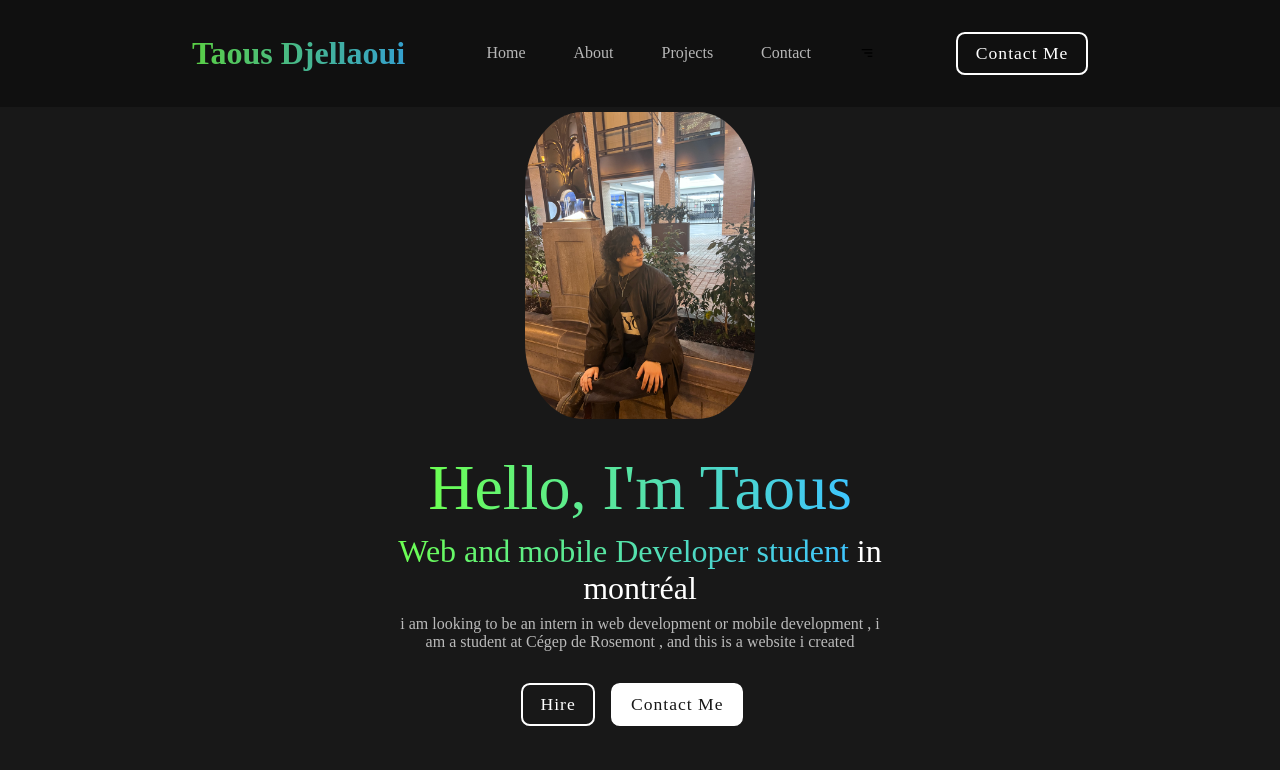
Repository: taousdjellaoui/portfolio-
Page: portfolio/index.html
The author's editor kept a copy of each file at every save. The page is drawn from the files as they stood at one save, then again after the next save.
The browser window is 1280 px wide. The pictures show the part of the page from y = 0 to 770 px (the page is 1510 px tall).
A picture or video elsewhere on the page could not be fetched, so the positions and the page height are approximate.

Above is the page before, as saved 2024-09-23 22:31:05.

After the next save:
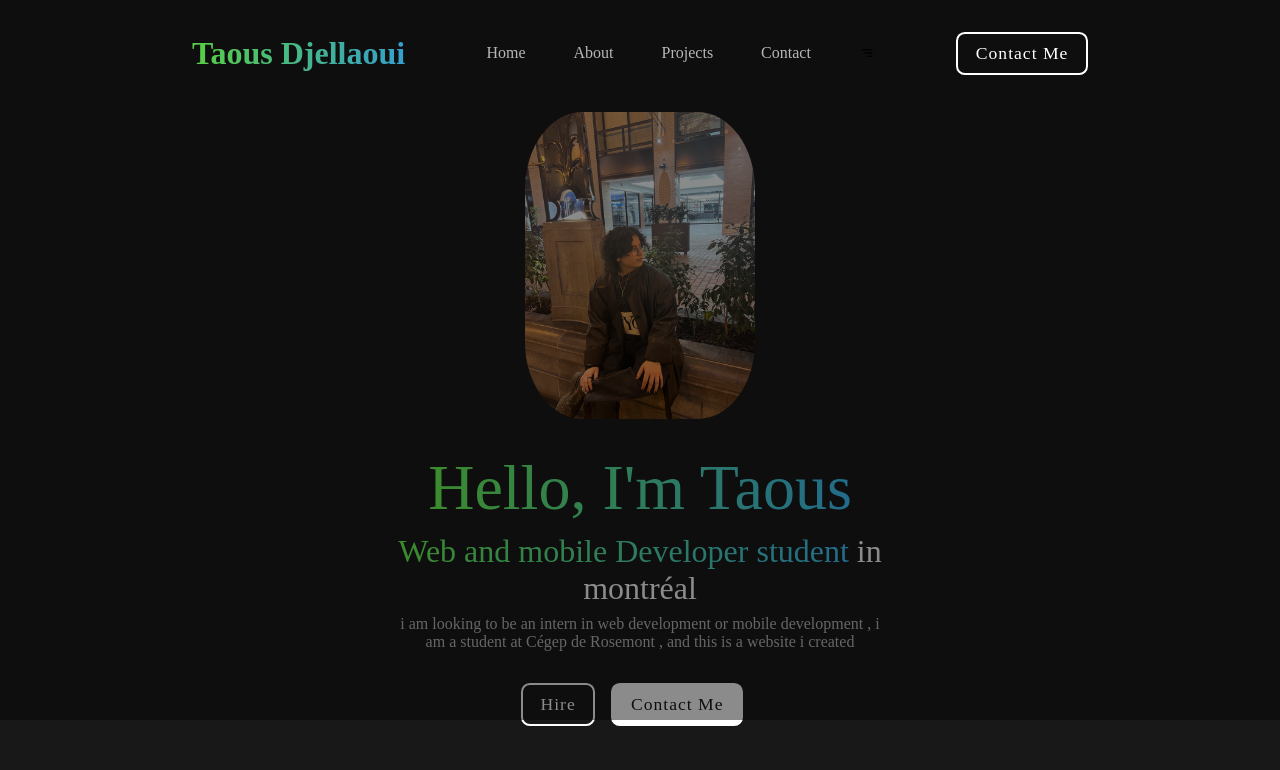
Saved 14 s later.
--- a/portfolio/style.css
+++ b/portfolio/style.css
@@ -196,3 +196,13 @@ opacity:0.8;
 .about-box h2{
   font-size: 2.5em;
 }
+.image-container::after {
+  content: '';
+  position: absolute;
+  top: 0;
+  left: 0;
+  right: 0;
+  bottom: 0;
+  background-color: rgba(24, 24, 24, 0.5); /* Adjust color and opacity */
+  mix-blend-mode: multiply; /* Experiment with different blend modes */
+}
